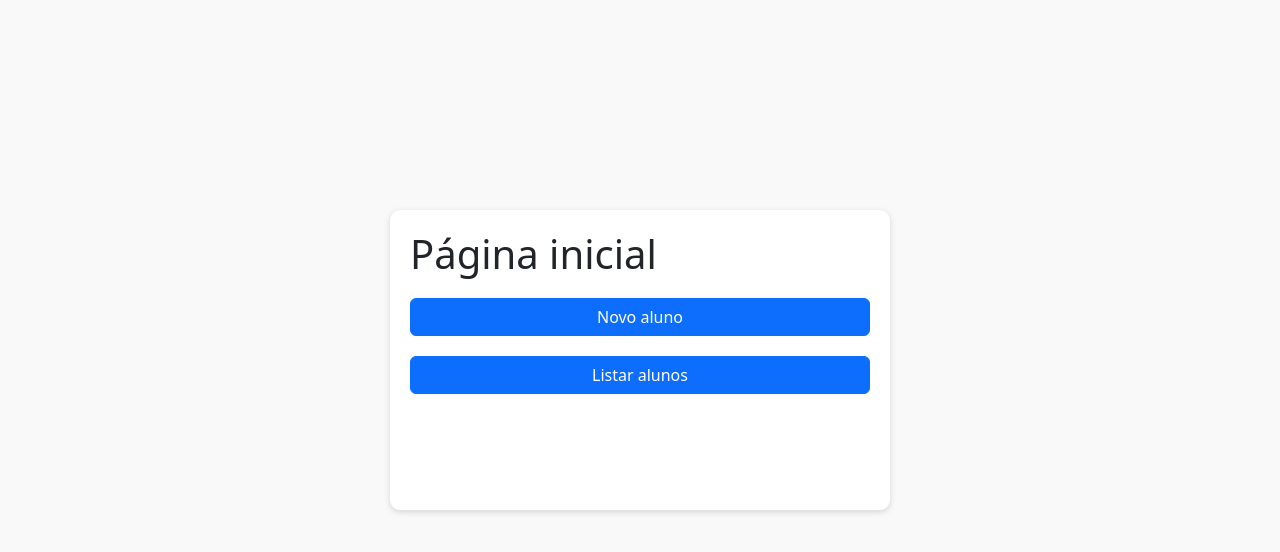
Repository: juliatbarbosa/CRUD-ALUNOS
Page: http://localhost/OlaMundo/alunos/cadastro/index.jsp
An editor plug-in stored every save of this project. The page is shown before and after the next save, followed by the edit.
The browser window is 1280 px wide. The pictures show the whole page.
The page is served by Tomcat 9. Other server files are loaded and not shown.

Above is the page before, as saved 2024-09-29 21:17:32.

### OlaMundo/src/main/webapp/alunos/cadastro/index.jsp
<%@page import="org.alunos.AlunoDAO"%>
<%@ page language="java" contentType="text/html; charset=ISO-8859-1"
    pageEncoding="ISO-8859-1"%>
<!DOCTYPE html>
<html>
<head>
<meta charset="ISO-8859-1">
<title>Página inicial</title>

<link href="https://cdn.jsdelivr.net/npm/bootstrap@5.3.3/dist/css/bootstrap.min.css" rel="stylesheet" integrity="sha384-QWTKZyjpPEjISv5WaRU9OFeRpok6YctnYmDr5pNlyT2bRjXh0JMhjY6hW+ALEwIH" crossorigin="anonymous">
<link href="https://cdn.jsdelivr.net/npm/bootstrap-icons/font/bootstrap-icons.css" rel="stylesheet">

<style>
body {
		display: flex;
		justify-content: center;
		align-items: center;
		height: 100vh;
		background-color: #f9f9f9;

	}

	.conteudoTela {
	background-color: white;
	padding: 20px;
	border-radius: 10px;
	box-shadow: 0 2px 6px 0px rgba(0, 0, 0, 0.15);
	height: 300px;
	width: 500px
	}

	h1 {
	margin-bottom:20px;
	}


	button a {
	text-decoration: none;
	color: white;
}
	.botoes {
    display: flex;
    flex-direction: column;
	gap: 20px;
	}

</style>
</head>
<body>

	<div class="conteudoTela">

	<h1>Página inicial</h1>

	<div class="botoes">
			<button type="button" class="btn btn-primary">
				<a href="formulario.jsp?id=0">Novo aluno</a>
			</button>
			<button type="button" class="btn btn-primary">
				<a href="listar.jsp">Listar alunos</a>
			</button>

		</div>
	<br/>

	</div>

	<%


	//AlunoDAO dao = new AlunoDAO();
	//dao.criarTabela();
	%>

	<script src="https://cdn.jsdelivr.net/npm/bootstrap@5.3.3/dist/js/bootstrap.bundle.min.js" integrity="sha384-YvpcrYf0tY3lHB60NNkmXc5s9fDVZLESaAA55NDzOxhy9GkcIdslK1eN7N6jIeHz" crossorigin="anonymous"></script>
</body>
</html>

After the next save:
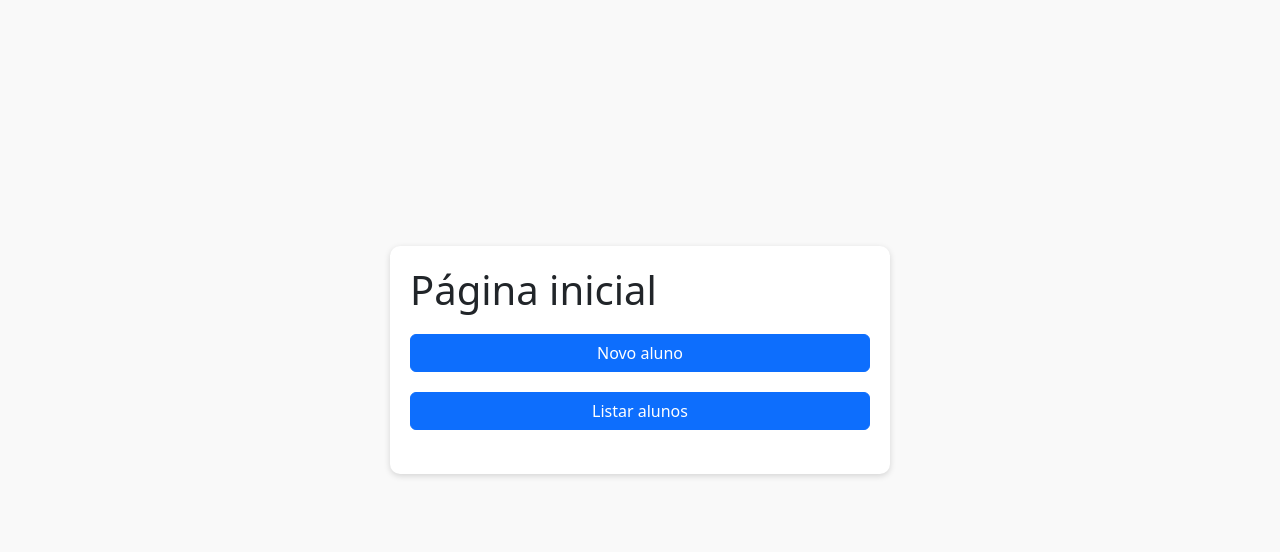
Saved 52 s later.
--- a/OlaMundo/src/main/webapp/alunos/cadastro/index.jsp
+++ b/OlaMundo/src/main/webapp/alunos/cadastro/index.jsp
@@ -25,7 +25,7 @@ body {
 	padding: 20px;
 	border-radius: 10px;
 	box-shadow: 0 2px 6px 0px rgba(0, 0, 0, 0.15);
-	height: 300px;
+
 	width: 500px
 	}
 
